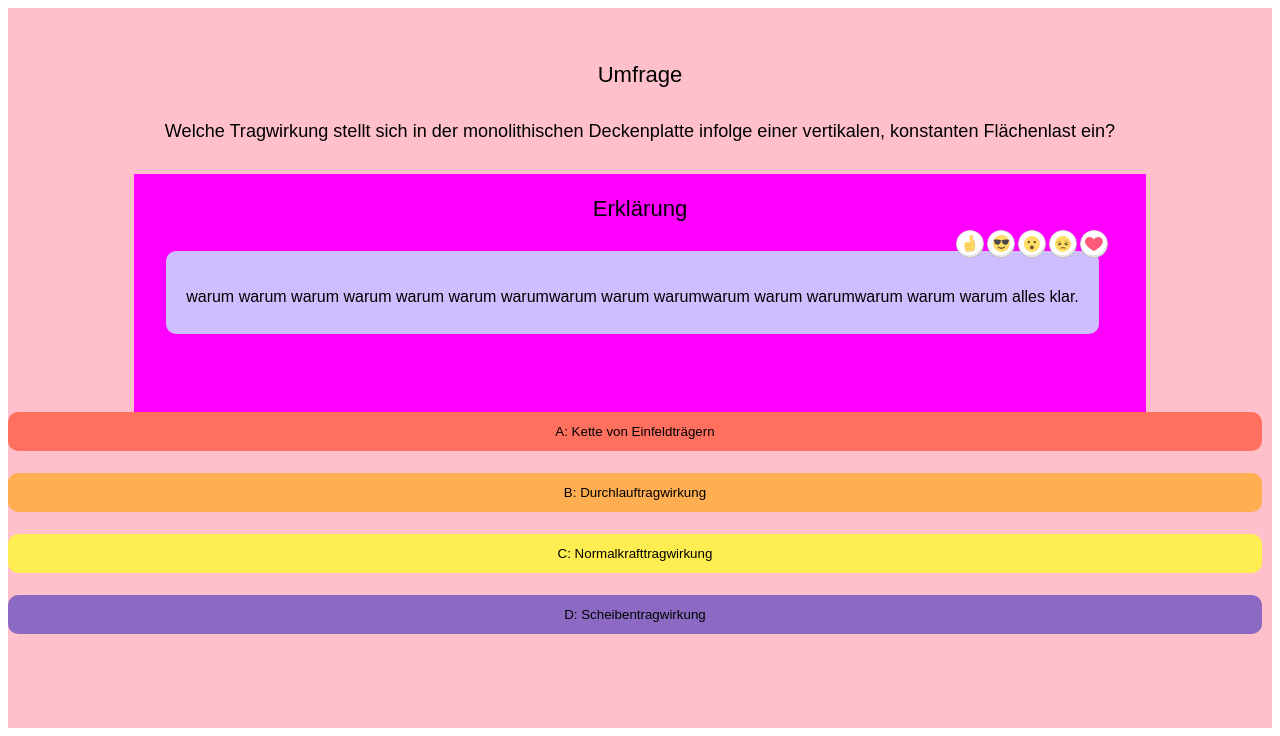
Repository: HyunraDate/Quinlan
Page: /Erklaerung
The author's editor kept a copy of each file at every save. The page is drawn from the files as they stood at one save, then again after the next save.
The browser window is 1280 px wide. The pictures show the whole page.
The project was rebuilt for these pictures with package versions that can differ from the ones it lists, and the page was loaded fresh each time. Also part of the build but not shown: vite.config.js, src/views/Ergebnis1.vue, src/views/Ergebnis2.vue.

Above is the page before, as saved 2023-07-25 15:14:33.

After the next save:
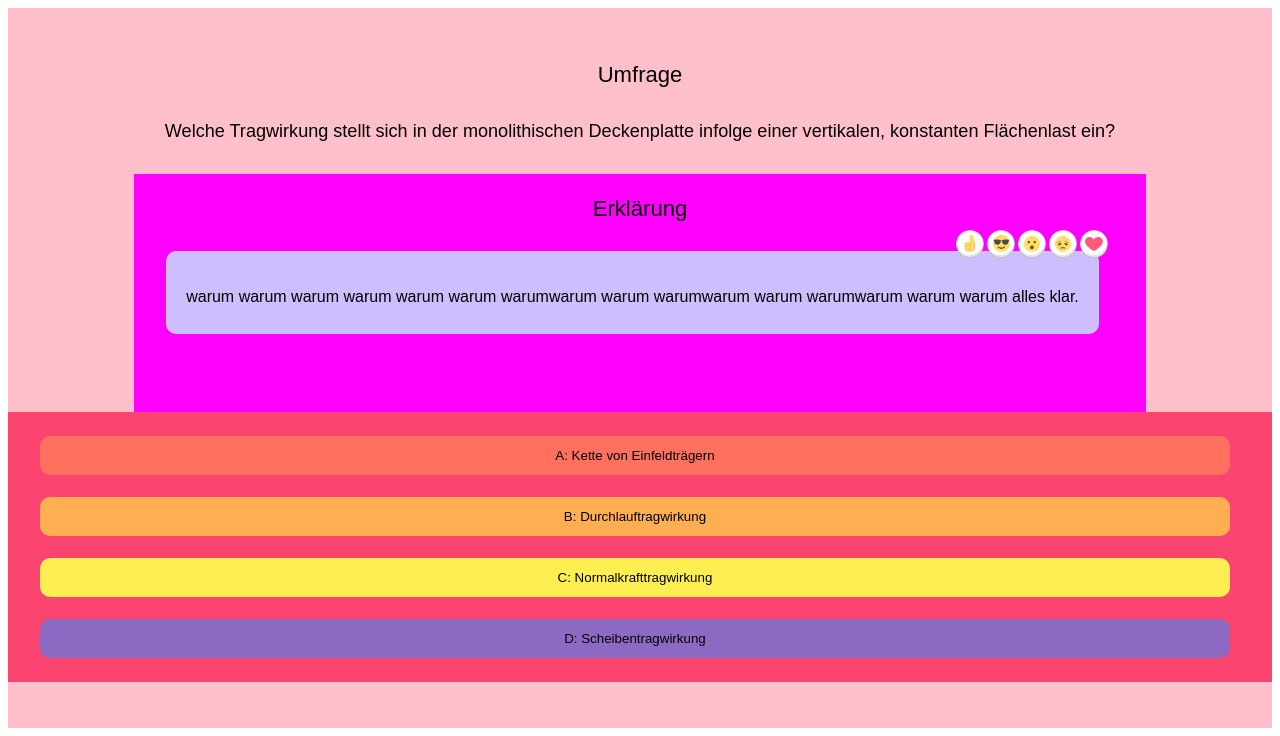
Saved 52 s later.
--- a/src/css/halloween.css
+++ b/src/css/halloween.css
@@ -213,7 +213,11 @@
   }
 }
 .group {
-  padding: 2 2 1.38 1.38rem ;
+  padding-top: 1.5rem ;
+  padding-bottom: 1.5rem ;
+  padding-left: 2rem;
+  padding-right: 2rem;
+  background-color: #FB4570;
 }
 
 /* inportant! space between every Options! */
